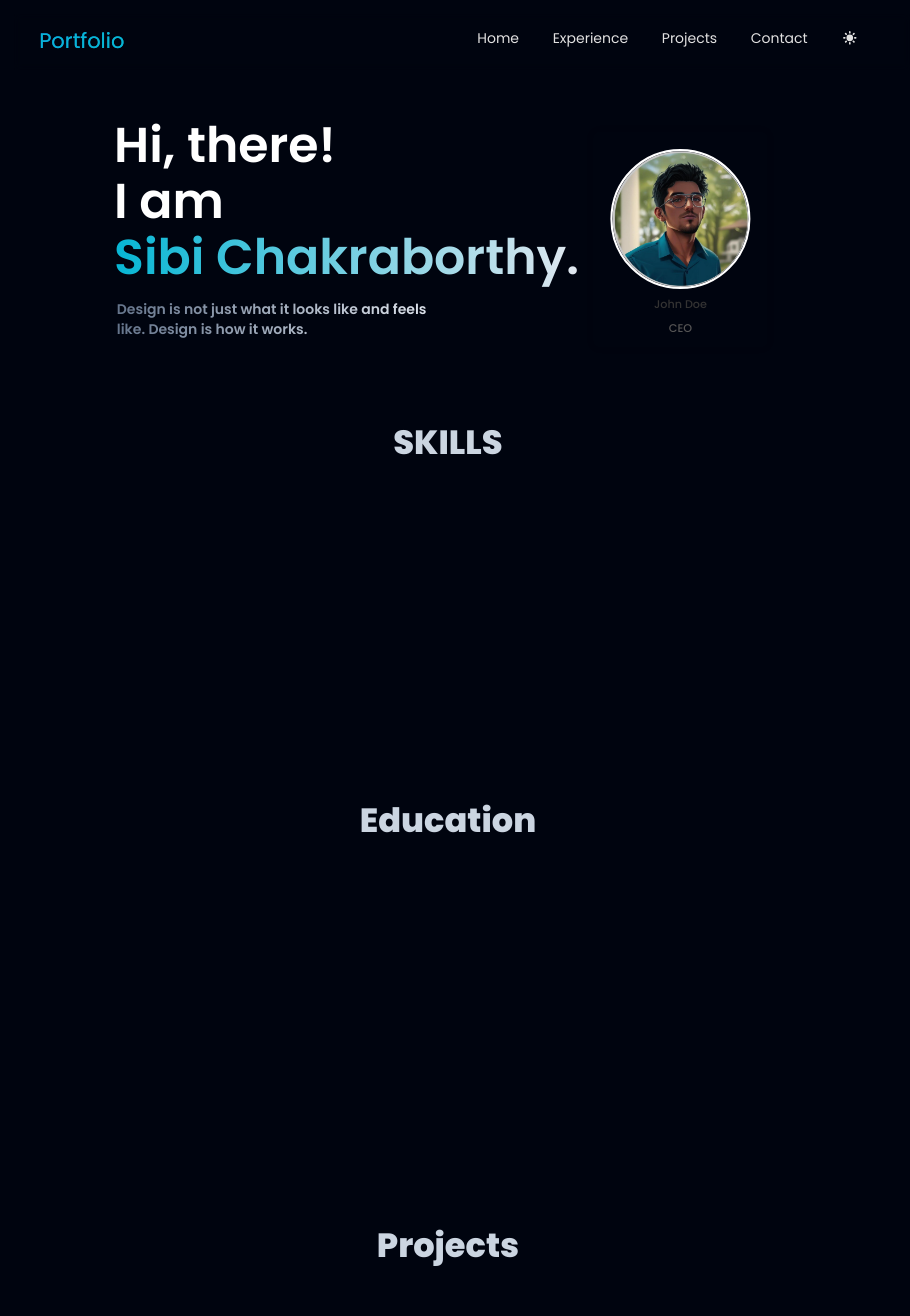
Repository: sibi24sibi/MyPersonalPortfolio
Page: /
These files come from the project's save history. The page is drawn as it stood at one moment and after the next save; the edit follows.
The browser window is 1280 px wide. The page is 1300 px wide, so the pictures cover 1300 px, including what lies to the right of the window. The pictures show the part of the page from y = 0 to 1880 px (the page is 3414 px tall), at 70% of full size.
The project was rebuilt for these pictures with package versions that can differ from the ones it lists, and the page was loaded fresh each time. Also part of the build but not shown: vite.config.js, src/components/Menu.jsx, src/components/Footer.jsx.

Above is the page before, as saved 2024-05-03 17:44:18.

### index.html
<!DOCTYPE html>
<html lang="en">

<head>
  <meta charset="UTF-8" />
  <link rel="icon" type="image/svg+xml" href="" />
  <meta name="viewport" content="width=device-width, initial-scale=1 , maximum-scale=1 ,user-scalable=no" />
  <title>
    Personal Portfolio
  </title>
</head>

<body className="darkMode">
  <div id="root" className="px-5 w-screen"></div>
  <script type="module" src="/src/main.jsx"></script>
</body>

</html>

### src/index.css
@import url('https://fonts.googleapis.com/css2?family=Poppins:wght@300;400;500;600;800&display=swap');
@tailwind base;
@tailwind components;
@tailwind utilities;

html {
    @apply overflow-x-hidden scroll-smooth
}

body {

    @apply dark:bg-[#00040f] bg-[#e2e2e2ab]
}

### src/App.jsx
import Navbar from "./components/Navbar";
import About from "./components/About";

import Education from "./components/Education";
import Projects from "./components/Projects";
import Skills from "./components/Skills";

import HashLoader from "react-spinners/HashLoader";
import CTA from "./components/CTA";
import MyEmailLayout from "./components/email";
import Footer from "./components/Footer";


import { useState, useEffect } from "react";

const override = {
  display: "flex",
  justifyContent: "center",
  alignItems: "center",
  marginTop: "5rem",
  borderColor: "red",
};

const App = () => {
  const [loading, setLoading] = useState(true);

  useEffect(() => {
    setLoading(true);
    setTimeout(() => {
      setLoading(false);
    }, 3000);
  }, []);
  return (
    <>
      {loading ? (
        <div className="flex h-screen w-screen justify-center items-center bg-[#00040f] ">
          <HashLoader
            color="#0891b2"
            loading={loading}
            cssOverride={override}
            size={90}
            aria-label="Loading Spinner"
            data-testid="loader"
          />
        </div>
      ) : (
        <div className=" flex flex-col justify-center items-center">
          <Navbar></Navbar>
          <About></About>
          <Skills></Skills>
          <Education></Education>
          <Projects></Projects>
          <CTA></CTA>
          <MyEmailLayout></MyEmailLayout>
          {/* <Footer></Footer> */}
        </div>
      )}
    </>
  );
};
export default App;

### src/components/Navbar.jsx
import { CgMenuRightAlt } from "react-icons/cg";
import { HiSun, HiMoon } from "react-icons/hi";
import { useState, useEffect } from "react";
import Menu from "./Menu";

const Navbar = () => {
  const [nav, setNav] = useState(false);

  const [theme, setTheme] = useState("light");

  useEffect(() => {
    if (theme === "dark") {
      document.documentElement.classList.remove("dark");
    } else {
      document.documentElement.classList.add("dark");
    }
  }, [theme]);

  const handleTheme = () => {
    setTheme(theme === "dark" ? "light" : "dark");
  };

  return (
    <>
      <section className="NAVBAR sticky top-0 backdrop-blur-[5px] z-10 pt-5  translate-x-[20px] min-w-full mt-5 font-['Poppins']  max-sm:p-2 max-sm:mx-1 max-sm:max-h-[48px] ">
        <div className="flex  justify-between capitalize md:ml-9 sm:ml-2">
          <div className="LOGO ">
            <a
              href="#"
              className="text-3xl bg-gradient-to-r from-blue-600 to-cyan-600 bg-clip-text text-transparent dark:text-cyan-500 max-sm:text-2xl"
            >
              {"Portfolio"}
            </a>
          </div>
          <div className="NAVLINKS min-w-full pr-9 text-[20px] translate-x-[-160px]  max-sm:hidden flex justify-end gap-12 text-[#00040f] dark:text-[#e1e1e1] ">
            <a href="#about" className=" hover:text-cyan-500">
              Home
            </a>
            <a href="#experience" className="hover:text-cyan-500">
              Experience
            </a>
            {/* <a href="#education" className="hover:text-cyan-500 ">
              Education
            </a> */}
            <a href="#projects" className="hover:text-cyan-500 ">
              Projects
            </a>
            <a href="#contact" className="hover:text-cyan-500 ">
              Contact
            </a>

            <button onClick={handleTheme}>
              {theme === "dark" ? (
                <HiMoon className="-translate-y-1 text-2xl" />
              ) : (
                <HiSun className="-translate-y-1 text-2xl" />
              )}
            </button>

            </div>
            </div>
          <button onClick={() => setNav(!nav)}>
            <CgMenuRightAlt className="hidden max-sm:block mr-5   absolute top-2  right-10 md:transform-none text-[#00040f] dark:text-[#e1e1e1] text-[32px]" />
          </button>


        {nav && <Menu />}

      </section>



    </>
  );
};
export default Navbar;

### src/components/About.jsx
import Lottie from "lottie-react";
import computer from "../assets/lottie/computer.json";
import Profile from "../assets/Profile.jpg";
import "./about-style.css";

const About = () => {
  return (
    <>
      <section
        id="about"
        className="p-5 mx-2 mb-10 font-medium font-['Poppins'] max-w-6xl max-sm:p-2 max-sm:mx-5"
      >
        <div className="WRAPPER mt-12 flex justify-between max-sm:flex-col gap-35">
        <div className="INTRO text-[70px] leading-[80px] font-semibold max-sm:text-[40px] max-sm:leading-[70px] max-sm:font-semibold">
            <h3 className="text-[#00040f] dark:text-white">
              Hi, there! <br />I am
            </h3>
            <span className="bg-clip-text text-transparent bg-gradient-to-r  from-blue-600 to-cyan-600 dark:from-cyan-500 dark:to-slate-200">
             Sibi Chakraborthy.

            </span>

            <p className="ABOUT h-[100px] text-xl max-sm:text-[15px] bg-clip-text text-transparent  bg-gradient-to-r  from-[#00040f] to-slate-500 dark:from-slate-500 dark:to-slate-200 max-w-[470px] mt-5 pl-1">
            Design is not just what it looks like and feels like. Design is how it works.
            </p>
          </div>
        <div className="div">



        <div className="team-member">
            <img src={Profile} alt="Profile"/>
            <h3>John Doe</h3>
            <p>CEO</p>
        </div>



        </div>
        </div>
      </section>
    </>
  );
};
export default About;

### src/components/Education.jsx
import Lottie from "lottie-react";
import education from "../assets/lottie/education.json";
import SAEC from "../assets/SAEC.png";
import AOS from "aos";

import { useEffect } from "react";

const Education = () => {
  useEffect(() => {
    AOS.init();
  }, []);
  return (
    <section
      id="education"
      className="EXPERIENCE max-w-6xl p-5 mx-20 mb-25 font-['Poppins']  max-sm:p-2 max-sm:mx-5"
    >
      <div className="WRAPPER mt-10">
        <h1 className="text-[#00040f] dark:text-slate-300 text-center font-extrabold text-5xl mb-5 max-sm:text-4xl   ">
          Education
        </h1>

        <div
          className="EDUCATION flex gap-7 justify-between flex-row-reverse max-sm:flex-col"
          data-aos="fade-right"
        >
          <div className="max-w-[520px] mt-[52px] p-7 max-sm:p-3">
            <div className="flex gap-5">
              <img
                src={SAEC}
                alt="SAEC"
                className="w-[150px] h-[100px]"
              />
              <h1 className="bg-clip-text text-transparent bg-gradient-to-r max-sm:text-[17px] from-amber-500 via-orange-600 to-yellow-500 dark:from-[#ff6600] dark:to-slate-100 font-semibold text-2xl w-[300px] h-[100px] tracking-wider ">
                Syed Ammal engineering college
              </h1>
            </div>

            <div className="mt-7 flex flex-col gap-5 text-left pl-4">
              <h3 className="capitalize  text-slate-800 dark:text-slate-300 text-xl max-sm:text-lg">
                Bachelor of technology
              </h3>
              <p className="italic capitalize text-gray-500 dark:text-slate-500 text-xl max-sm:text-lg leading-9">
                November 2020 - May 2024
              </p>

              <p className="capitalize text-gray-500 dark:text-slate-500 text-xl max-sm:text-lg leading-9">
                Computer Science and Engineering
              </p>
            </div>
          </div>
          <Lottie
            animationData={education}
            loop={true}
            className="max-w-[500px]"
          />
        </div>
      </div>
    </section>
  );
};
export default Education;

### src/components/Skills.jsx
import {
  HTML,
  CSS,
  Github,
  Git,
  Vite,
  TailwindCSS,
  react,
  Python,
  Javascript,
  CPP,
  C,
  Vue,
  nodejs
} from "../constants/Constant";

import AOS from "aos";
import "aos/dist/aos.css";
import { useEffect } from "react";
import Image from "./Img_prop";

const Skills = () => {
  useEffect(() => {
    AOS.init();
  }, []);
  return (
    <>
      <section className="EXPERIENCE p-5  mb-10 max-w-6xl  font-['Poppins']  max-sm:p-2 max-sm:mx-5">
        <div>
        <h1 className="text-[#00040f] dark:text-slate-300 font-extrabold text-5xl text-center max-sm:text-4xl ">
          SKILLS
        </h1>
        </div>
        <div
          className=" grid place-content-start  grid-cols-3 gap-4 max-sm:p-2 mt-10"
          data-aos="zoom-out-up"
        >
          <Image img={HTML}></Image>
          <Image img={CSS}></Image>
          <Image img={Javascript}></Image>
          <Image img={react}></Image>
          <Image img={TailwindCSS}></Image>
          {/* <Image img={Vue}></Image>
          <Image img={CPP}></Image>
          <Image img={C}></Image> */}
          <Image img={Python}></Image>
          {/* <Image img={Vite}></Image> */}
          <Image img={Git}></Image>
          <Image img={Github}></Image>
          <Image img={nodejs}></Image>
        </div>
      </section>
    </>
  );
};
export default Skills;

### src/components/CTA.jsx
function CTA() {
  const resumeLink = "/Sibi-Chakraborthy-V.pdf";
  return (
    <div id="resume" className="pt-36 max-w-6xl resume relative w-full flex justify-center ">

      <div className="pt-14 mx-20 pb-40">
        <h2 className="text-4xl md:text-5xl max-sm:text-[35px] max-sm:leading-[60px] font-bold mb-10 text-[#00040f] dark:text-white text-center">
          Need to know about me more
        </h2>
        <div className="flex justify-center ">
        <a
          href={resumeLink}
          className="cursor-pointer font-bold whitespace-nowrap
        mt-6 px-8 py-3 dark:text-[#e1e1e1] border-2 rounded-full border-[#808080]  bg-bg hover:bg-fun-pink hover:border-fun-pink transition-colors inline-flex items-center"
        >
          <svg class="fill-current w-4 h-4 mr-2" xmlns="http://www.w3.org/2000/svg" viewBox="0 0 20 20"><path d="M13 8V2H7v6H2l8 8 8-8h-5zM0 18h20v2H0v-2z"/></svg>
          <span>Resume</span>

        </a>

        </div>
      </div>


    </div>
  );
}

export default CTA;

### src/components/email.jsx
import React, { useRef, useEffect } from "react";
import emailjs from '@emailjs/browser';



const MyEmailLayout = () => {
  const form = useRef();

  useEffect(() => {
    // Initialize emailjs
    emailjs.init('-fw29uVaf1UZJqOVT');
  }, []);

  const sendEmail = (e) => {
    e.preventDefault();

    emailjs

      .sendForm('service_hgvjibu', 'template_f9rmzk9', form.current)
      .then(
        () => {
          alert('Email sent successfully!');
        },
        (error) => {
          alert('Failed to send email. Please try again later.');
          console.error('Email Error:', error);
        }
      );
  };

  return (
    <div   className="mb-20 max-w-6xl" id="contact">

      <div className=" mx-10 max-sm:mx-5 ">
      <div className="div">
      <h1 className="text-2xl dark:text-[#e1e1e1] font-bold mb-4 ">SEND ME A EMAIL</h1>
      </div>
      <form ref={form} onSubmit={sendEmail}>
        <div className="grid  grid-cols-2 gap-4 flex justify-center">
          <div>
            <label htmlFor="name" className="dark:text-[#e1e1e1]">Name</label>
            <input
              type="text"
              id="name"
              name="user_name"
              className="px-3 py-2 placeholder-gray-400 text-gray-600 relative dark:bg-slate-300 bg-stone-300 rounded text-sm border-0 shadow outline-none focus:outline-none focus:ring  w-full"
            />
          </div>
          <div>
            <label htmlFor="email" className="dark:text-[#e1e1e1]">Email</label>
            <input
              type="email"
              id="email"
              name="user_email"
              className="px-3 py-2 placeholder-gray-400 text-gray-600 relative dark:bg-slate-300 bg-stone-300 rounded text-sm border-0 shadow outline-none focus:outline-none focus:ring w-full"
            />
          </div>
        </div>
        <label htmlFor="message" className="dark:text-[#e1e1e1]">Message</label>
        <textarea
          placeholder=""
          name="message"
          className="px-3 py-2 placeholder-gray-400 text-gray-600 relative dark:bg-slate-300 bg-stone-300 rounded text-sm border-0 shadow outline-none focus:outline-none focus:ring h-40 w-full "
        ></textarea>
        <button
          type="submit"
          className="bg-blue-500 rounded-full text-white px-4 py-2 mt-4 float-right"
          value="Send"
        >
          Send Email
        </button>
      </form>
      </div>
    </div>
  );
};

export default MyEmailLayout;

### src/components/about-style.css


.team-member {
    text-align: center;
    margin: 20px;
  /*  background-color: #fff;  White background for each team member */
    padding: 15px; /* Add padding for better visual appeal */
    border-radius: 10px; /* Add rounded corners */
    box-shadow: 0 0 10px rgba(0, 0, 0, 0.1); /* Add a subtle box shadow */
}

.team-member img {
    width: 200px;
    height: 200px;
    border-radius: 50%;
    object-fit: cover;
    margin: 10px;

/* Additional styling for the image */
border: 3px solid #fff; /* Add a white border around the image */
 transition: transform 0.3s ease-in-out; /*  Add a smooth transition effect  */

/* Hover effect: Scale the image slightly on hover */
/* cursor: pointer; */
}

/* Add a hover effect for better user interaction */
.team-member img:hover {
transform: scale(1.1);
}


.team-member h3 {
    margin: 10px 0;
    color: #333; /* Darken the text color */
}

.team-member p {
    color: #555;
}

### src/components/Project_prop.jsx
/* eslint-disable react/prop-types */

import "./proj_style.css";


const Project_prop = (props) => {
  return (
    <>



      <div className="card bg-blue-100 dark:bg-sky-950 rounded-lg shadow-lg aspect-w-16 aspect-h-9 ">
        <h3
        className="title capitalize font-bold h-20 text-slate-800 dark:text-slate-300 text-xl max-sm:text-lg m-5 text-center"
        >
          {props.title}
        </h3>
            <div className="bar h-1 min-w-40 dark:bg-gray-800  bg-slate-600  mx-5"></div>
        <div className="flex gap-1 ml-3 mt-3 ">
                {props.react}
                {props.vite}
                {props.html5}
                {props.css3}
                {props.php}
                {props.mysql}
                {props.javascript}
                {props.tailwindcss}
                {props.laravel}
                {props.bootstrap}
                {props.wordpress}

        </div>
        <p className="dark:text-slate-500 mt-2 text-sm px-5  select-none">
          {props.para}
        </p>
      </div>




    </>
  );
};
export default Project_prop;

### src/constants/Constant.jsx
import C from "../assets/C.png";
import CPP from "../assets/CPP.png";
import HTML from "../assets/HTML.png";
import Github from "../assets/Github.png";
import CSS from "../assets/CSS.png";
import Python from "../assets/Python.png";
import Javascript from "../assets/Javascript.png";
import Git from "../assets/Git.png";
import Vite from "../assets/Vite.png";
import TailwindCSS from "../assets/TailwindCSS.png";
import react from "../assets/react.png";
import Vue from "../assets/vue.png";
import nodejs from "../assets/nodejs.png";

import Hackthechain from "../assets/HackTheChainLogo.png";
import GSSOC from "../assets/GSSoc.jpg";
import IITB from "../assets/IITB.png";
import Sports from "../assets/Sports_Club.png";
import IIITians from "../assets/IIITians_Network.png";
import GDSC from "../assets/GDSC.png";
import KDE from "../assets/kde.png";
import Oppia from "../assets/oppia.png";

import GPT4 from "../assets/gpt4.jpg";
import Portfolio from "../assets/portfolio.jpg";
import Rocket from "../assets/Rocket.jpg";
import Game from "../assets/Stone.jpg";
import WellBeing from "../assets/well-being.jpg";

export {
  C,
  CPP,
  HTML,
  CSS,
  Github,
  Git,
  Vite,
  TailwindCSS,
  react ,
  Python,
  Javascript,
  Vue,
  Hackthechain,
  GSSOC,
  IITB,
  Sports,
  IIITians,
  GPT4,
  Portfolio,
  Rocket,
  WellBeing,
  Game,
  GDSC,
  KDE,
  nodejs,
  Oppia,
};

### src/components/Img_prop.jsx
const Img_prop = ({ img }) => {
  return (
    <>
      <div className="mr-60 w-[100px] max-sm:w-[75px] h-[100px] max-sm:h-[75px] shadow-xl shadow-slate-300 dark:shadow-lg dark:shadow-blue-500/50 bg-gradient-to-bl from-[#ccc] to-[#eee] dark:from-[#051937] dark:to-[#222] rounded-full place-content-center grid translate-x-[100px] max-sm:translate-x-1">
        <img src={img} alt="html" className="max-sm:h-[45px] h-[55px] " />
      </div>
    </>
  );
};
export default Img_prop;

### src/components/proj_style.css



  .card {
    position: relative;
    left: 0px;
    width: 200px;
    height: fit-content;
    min-height: 320px;
    padding-bottom: 10px;
  }

  .card:not(:first-child) {
      margin-left: -50px;
  }

  .card:hover {
    transform: translateY(-20px);
    transition: 0.4s ease-out;
  }

  .card:hover ~ .card {
    position: relative;
    left: 50px;
    transition: 0.4s ease-out;
  }

@media only screen and (max-width: 600px) {
  .card {
    position:unset;
    left:unset;
    padding-bottom:unset;
    margin: 10px;;
    padding-bottom:unset;
  }
  .card:hover {
    transform:unset ;
    transition:unset;
    margin-left:unset;
  }
  .card:not(:first-child) {
    margin-left:10px;

  }
  .card:hover ~ .card {
    position:unset;
    left:unset;
    transition:unset;
  }
}

Loaded but not shown: src/main.jsx (common file); src/assets/lottie/computer.json (common file); src/assets/lottie/Education.json (common file); tailwind.config.js (common file); src/components/Projects.jsx (189 lines, source omitted)

After the next save:
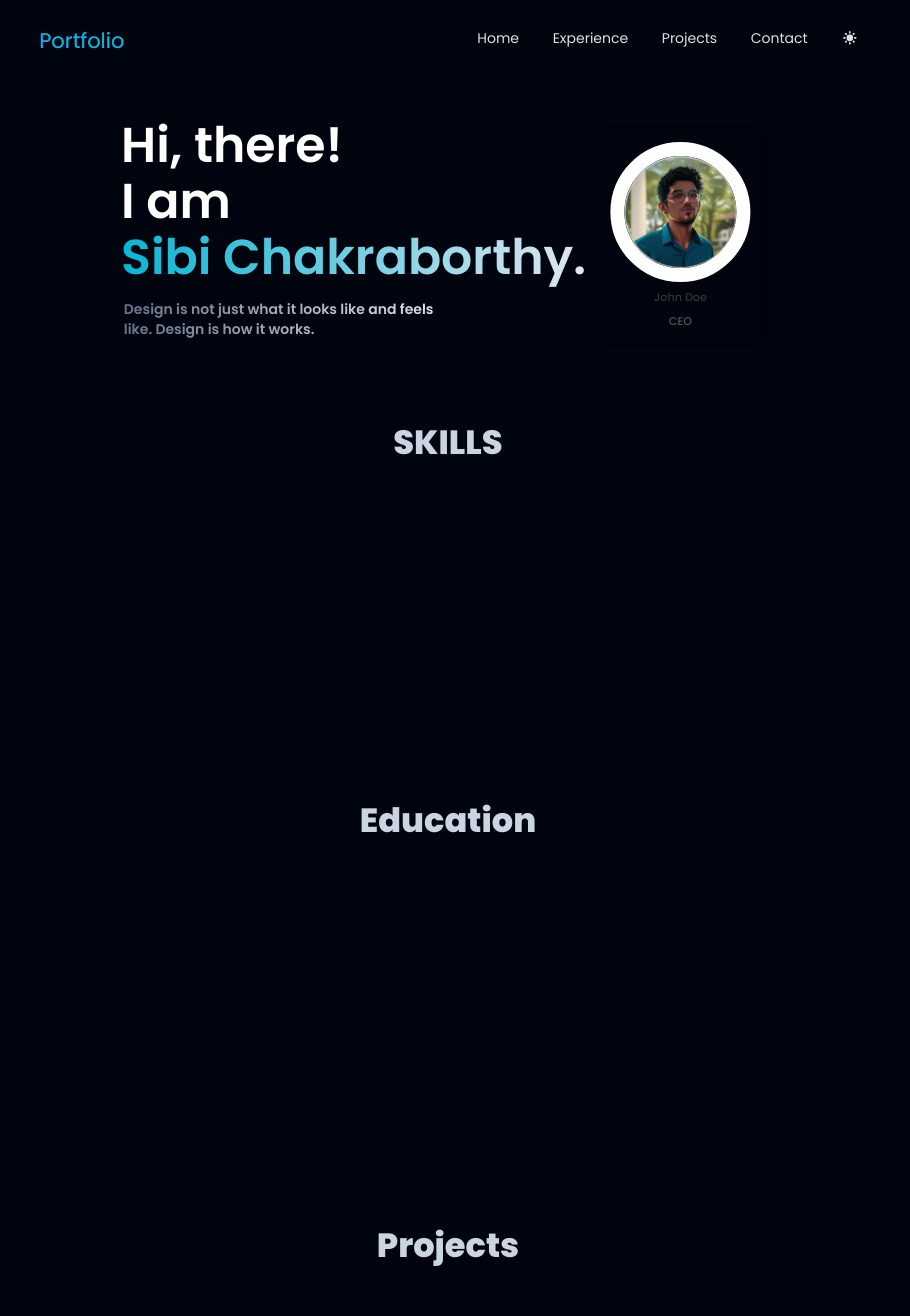
Saved 23 s later.
--- a/src/components/about-style.css
+++ b/src/components/about-style.css
@@ -14,10 +14,9 @@
     height: 200px;
     border-radius: 50%;
     object-fit: cover;
-    margin: 10px;
 
 /* Additional styling for the image */
-border: 3px solid #fff; /* Add a white border around the image */
+border: 20px solid #fff; /* Add a white border around the image */
  transition: transform 0.3s ease-in-out; /*  Add a smooth transition effect  */
 
 /* Hover effect: Scale the image slightly on hover */
